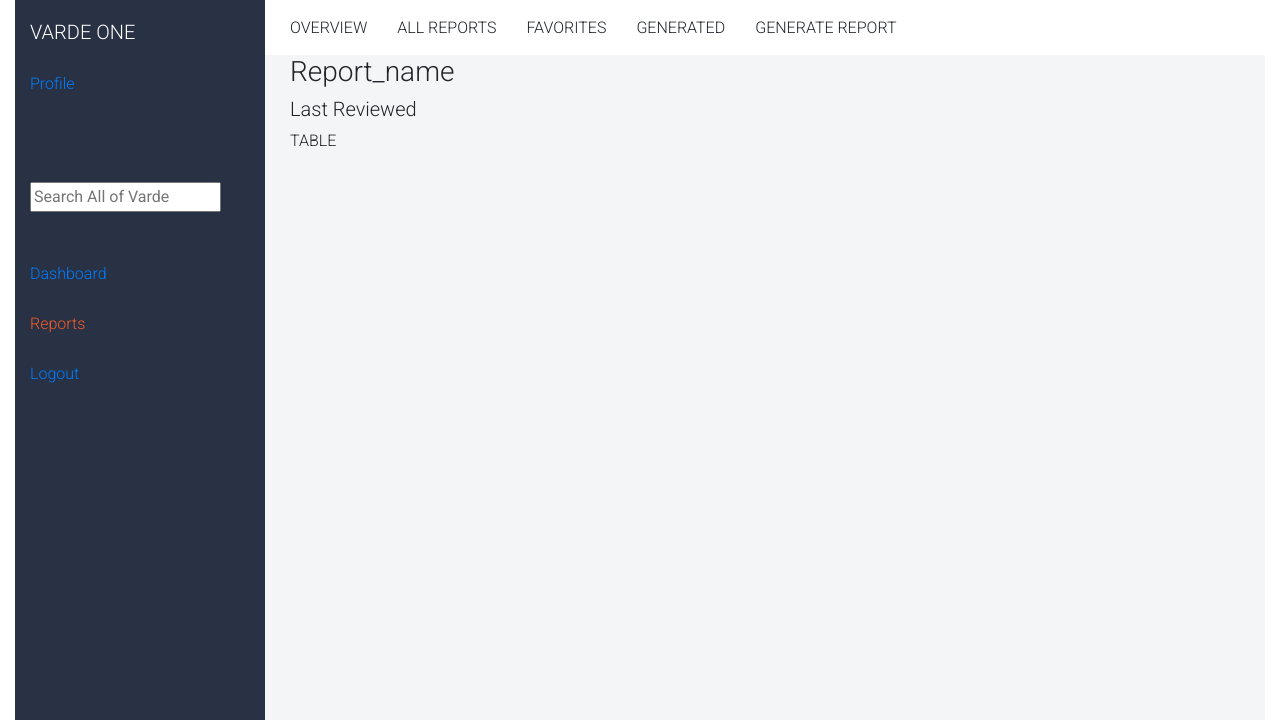
Repository: slavishtipkov/cra-redux
Page: /reports
An editor plug-in stored every save of this project. The page is shown before and after the next save, followed by the edit.
The browser window is 1280 px wide. The pictures show the whole page.
The project was rebuilt for these pictures with package versions that can differ from the ones it lists, and the page was loaded fresh each time.

Above is the page before, as saved 2019-07-09 13:35:39.

### src/index.js
import React from "react";
import ReactDOM from "react-dom";
import { BrowserRouter as Router } from "react-router-dom";

import * as serviceWorker from "./serviceWorker";

import "@fortawesome/fontawesome-free/css/all.min.css";
import "bootstrap-css-only/css/bootstrap.min.css";
import "mdbreact/dist/css/mdb.css";

import App from "./Components/App";

import "./index.css";

ReactDOM.render(
  <Router>
    <App />
  </Router>,
  document.getElementById("root")
);

// If you want your app to work offline and load faster, you can change
// unregister() to register() below. Note this comes with some pitfalls.
// Learn more about service workers: https://bit.ly/CRA-PWA
serviceWorker.unregister();

### src/index.css
@import-normalize;

#root {
  max-width: 1360px;
  min-width: 960px;
  margin: 0 auto;
}

### src/Components/App/App.js
import React, { Suspense, lazy } from "react";
import { Route, Switch } from "react-router-dom";

import SideBar from "../Common/SideBar";

import "./App.scss";

const Login = lazy(() => import("../../Containers/Login"));
const Profile = lazy(() => import("../../Containers/Profile"));
const Dashboard = lazy(() => import("../../Containers/Dashboard"));
const Reports = lazy(() => import("../../Containers/Reports"));
const NotFound = lazy(() => import("../Common/NotFound"));

const App = ({ childProps }) => {
  return (
    <div className="container-fluid">
      <SideBar />
      <Suspense fallback={<div>Loading...</div>}>
        <Switch>
          <Route path="/" exact component={Login} props={childProps} />
          <Route path="/profile" exact component={Profile} props={childProps} />
          <Route
            path="/dashboard"
            exact
            component={Dashboard}
            props={childProps}
          />
          <Route path="/reports" exact component={Reports} props={childProps} />
          <Route component={NotFound} />
        </Switch>
      </Suspense>
    </div>
  );
};

export default App;

### src/Components/App/App.scss
.container-fluid {
  width: 100%;
  height: 100vh;

  display: flex;
  align-items: stretch;

  .side-bar {
    width: 20%;
  }

  .page {
    width: 80%;
    background-color: #f3f5f7;

    .page-header {
      .page-header-nav {
        background-color: #ffffff;
        height: 55px;
        line-height: 55px;
        ul {
          display: flex;
          align-items: center;
          margin: 0;
          padding: 0;

          padding-left: 25px;

          li {
            display: block;
            margin-right: 30px;
          }
        }
      }
      .page-header-content {
        padding-left: 25px;
      }
    }

    .page-content {
      padding-left: 25px;
    }
  }
}

### src/Containers/Reports/index.js
import Reports from "./Reports";

export default Reports;

### src/Components/Common/SideBar/SideBar.js
import React from "react";
import { NavLink } from "react-router-dom";

import "./sideBar.scss";
import { MDBContainer, MDBRow, MDBCol } from "mdbreact";
const SideBar = () => {
  const activeStyle = { color: "#F15B2A" };

  return (
    <nav className="side-bar">
      <h5 className="heading">VARDE ONE</h5>
      <div className="profile-section">
        <NavLink to="/profile" activeStyle={activeStyle}>
          Profile
        </NavLink>
      </div>
      <div className="search-bar">
        <input type="text" placeholder="Search All of Varde" />
      </div>
      <div className="main-links">
        <NavLink to="/dashboard" activeStyle={activeStyle}>
          Dashboard
        </NavLink>
        <NavLink to="/reports" activeStyle={activeStyle} exact>
          Reports
        </NavLink>
      </div>
      <NavLink to="/logout" activeStyle={activeStyle}>
        Logout
      </NavLink>
    </nav>
  );
};

export default SideBar;

### src/Containers/Reports/Reports.js
import React from "react";

const Reports = () => (
  <div className="reports-page page">
    <div className="reports-page-header page-header">
      <div className="page-header-nav">
        <ul>
          <li>OVERVIEW</li>
          <li>ALL REPORTS</li>
          <li>FAVORITES</li>
          <li>GENERATED</li>
          <li>GENERATE REPORT</li>
        </ul>
      </div>
      <div className="page-header-content">
        <h3>Report_name</h3>
      </div>
    </div>
    <div className="page-content">
      <h5>Last Reviewed</h5>
      <div className="table">TABLE</div>
    </div>
  </div>
);

export default Reports;

### src/Components/Common/SideBar/sideBar.scss
.side-bar {
  display: flex;
  flex-direction: column;

  padding-left: 15px;
  padding-right: 15px;
  background-color: #293244;

  .heading {
    padding-top: 20px;
    padding-bottom: 20px;
    color: white;
  }

  .profile-section {
    height: 90px;
    margin-bottom: 20px;
  }

  .serach-bar {
    padding-top: 20px;
    margin-bottom: 50px;

    input {
      display: inline;
    }
  }

  .main-links {
    display: flex;
    flex-direction: column;
    margin-top: 50px;

    a {
      height: 50px;
      text-decoration: none;
    }
  }
}

Loaded but not shown: public/index.html (common file); src/serviceWorker.js (common file); src/Components/App/index.js (common file); src/Components/Common/SideBar/index.js (common file)

After the next save:
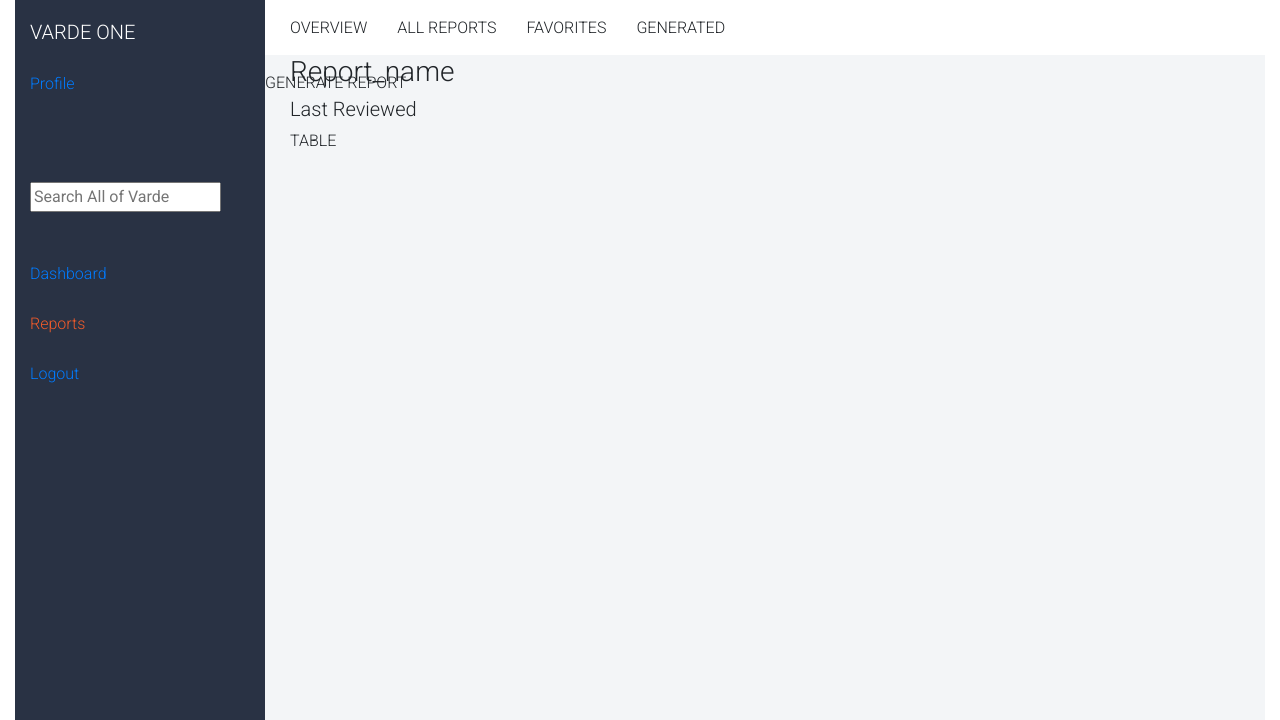
Saved 22 s later.
--- a/src/Containers/Reports/Reports.js
+++ b/src/Containers/Reports/Reports.js
@@ -9,8 +9,8 @@ const Reports = () => (
           <li>ALL REPORTS</li>
           <li>FAVORITES</li>
           <li>GENERATED</li>
-          <li>GENERATE REPORT</li>
         </ul>
+        <div>GENERATE REPORT</div>
       </div>
       <div className="page-header-content">
         <h3>Report_name</h3>
